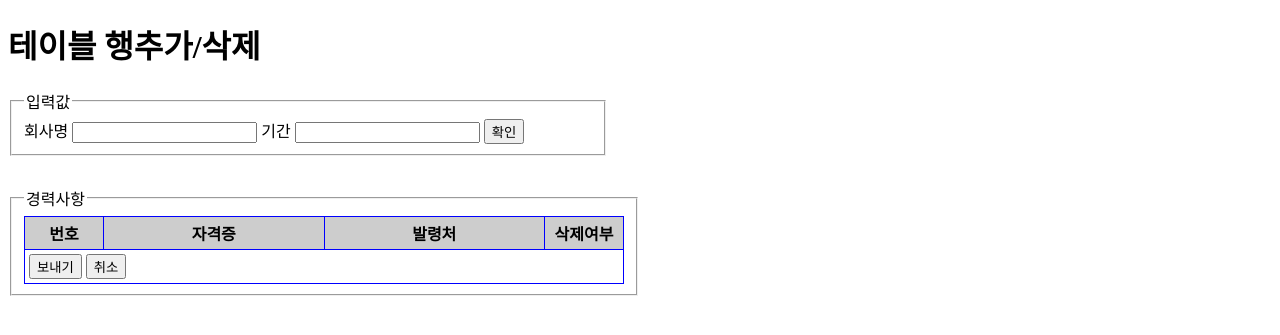
Repository: CHOKIHO/html
Page: work/0110/WebContent/work01.html
These files come from the project's save history. The page is drawn as it stood at one moment and after the next save; the edit follows.
The browser window is 1280 px wide. The pictures show the whole page.

Above is the page before, as saved 2017-01-10 08:44:06.

### work/0110/WebContent/work01.html
<!DOCTYPE html>
<html>
<head>
<meta charset="UTF-8">
<title>테이블 추가</title>

<style type="text/css">

	body form {
		width:600px;
		border-collapse: collapse;
		margin-bottom: 30px;
	}

	body table {
		width:600px;
		border: 1px solid blue;
		border-collapse: collapse;
	}
	body table th, body table td {
		border: 1px solid blue;
		padding: 4px;
		//text-align: center;
	}

	body table>thead th {
		background-color: #cdcdcd;
	}

	body table>thead .fr {
		text-align: right;
	}

	.no { width: 70px;}


</style>

<script type="text/javascript">

	var idx=1;

	//테이블 Row 추가 함수
	function addRow() {

		//추가할 td를 생성한다.
		var td1 = document.createElement("td");
		var td2 = document.createElement("td");
		var td3 = document.createElement("td");
		var td4 = document.createElement("td");

		var txt1 = document.createElement("input");
		txt1.type="text";
		txt1.name="lic";

		var txt2 = document.createElement("input");
		txt2.type="text";
		txt2.name="pos";

		var btn = document.createElement("input");
		btn.type="button";
		btn.name="btn";
		btn.value="삭제";

		/* td4.innerHTML = "<input type='text' value='삭제' onclick='deleteRow(this)'/>"; */   /* 문자열로 지정 */

		//① td객체에 문자열지정 (innerHTML, innerText)
		td1.innerHTML = idx++;
		td2.appendChild(txt1);
		td3.appendChild(txt2);
		td4.appendChild(btn);

		//② 추가할 tr을 생성
		var tr = document.createElement("tr");

		//③ tr 엘리먼트에 td엘리먼트 추가
		tr.appendChild(td1);
		tr.appendChild(td2);
		tr.appendChild(td3);
		tr.appendChild(td4);

		//④ row를 추가할 table 검색
		var tab = document.getElementById("myTable");

		//⑤ tbody를 찾기 (DOM구조: 자식들 태크는 배열로 저장되어 있음)
		var tbody = tab.children[1];

		//⑥ tbody에 tr추가
		tbody.appendChild(tr);

		//⑦ sytle 추가
		tr.style.textAlign = "center";


		var rowNo=0;

		tr.onmouseover = function() {  //익명함수 사용 (함수안에서 함수사용)

			rowNo = this.rowIndex;			//전역변수 이용
			//tab.rowNo = this.rowIndex;    //테이블변수 이용

		};

		btn.onclick = function() {

			tab.deleteRow(rowNo);

		};
	}


</script>

</head>
<body>
	<h1>테이블 행추가/삭제</h1>



	<form action="">
		<fieldset>
			<legend>입력값</legend>
			<label for="b_com">회사명</label>
			<input type="text" id="bcom" name="com">
			<label for="b_year">기간</label>
			<input type="text" id="b_year" name="yy">
			<input type="button" value="확인" onclick="addRow()">
		</fieldset>
	</form>





	<form>
	<fieldset>
	<legend>경력사항</legend>
		<table id="myTable">
			<thead>
				<tr>
					<th class="no">번호</th>
					<th>자격증</th>
					<th>발령처</th>
					<th class="no">삭제여부</th>
				</tr>
			</thead>
			<tbody>
			<!-- 테이블 행추가할 body 구역 -->
			</tbody>
			<tfoot>
				<tr>
					<td colspan="4">
					<input type="button" value="보내기"/>
					<input type="button" value="취소"/>
					</td>
				</tr>
			</tfoot>
		</table>
	</fieldset>
	</form>

</body>
</html>

After the next save:
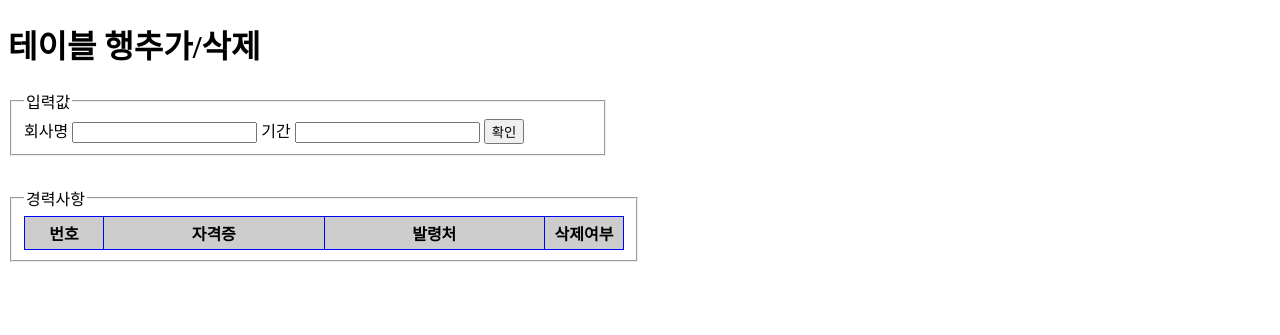
Saved 15 s later.
--- a/work/0110/WebContent/work01.html
+++ b/work/0110/WebContent/work01.html
@@ -147,14 +147,6 @@
 			<tbody>
 			<!-- 테이블 행추가할 body 구역 -->
 			</tbody>
-			<tfoot>
-				<tr>
-					<td colspan="4">
-					<input type="button" value="보내기"/>
-					<input type="button" value="취소"/>
-					</td>
-				</tr>
-			</tfoot>
 		</table>
 	</fieldset>
 	</form>
